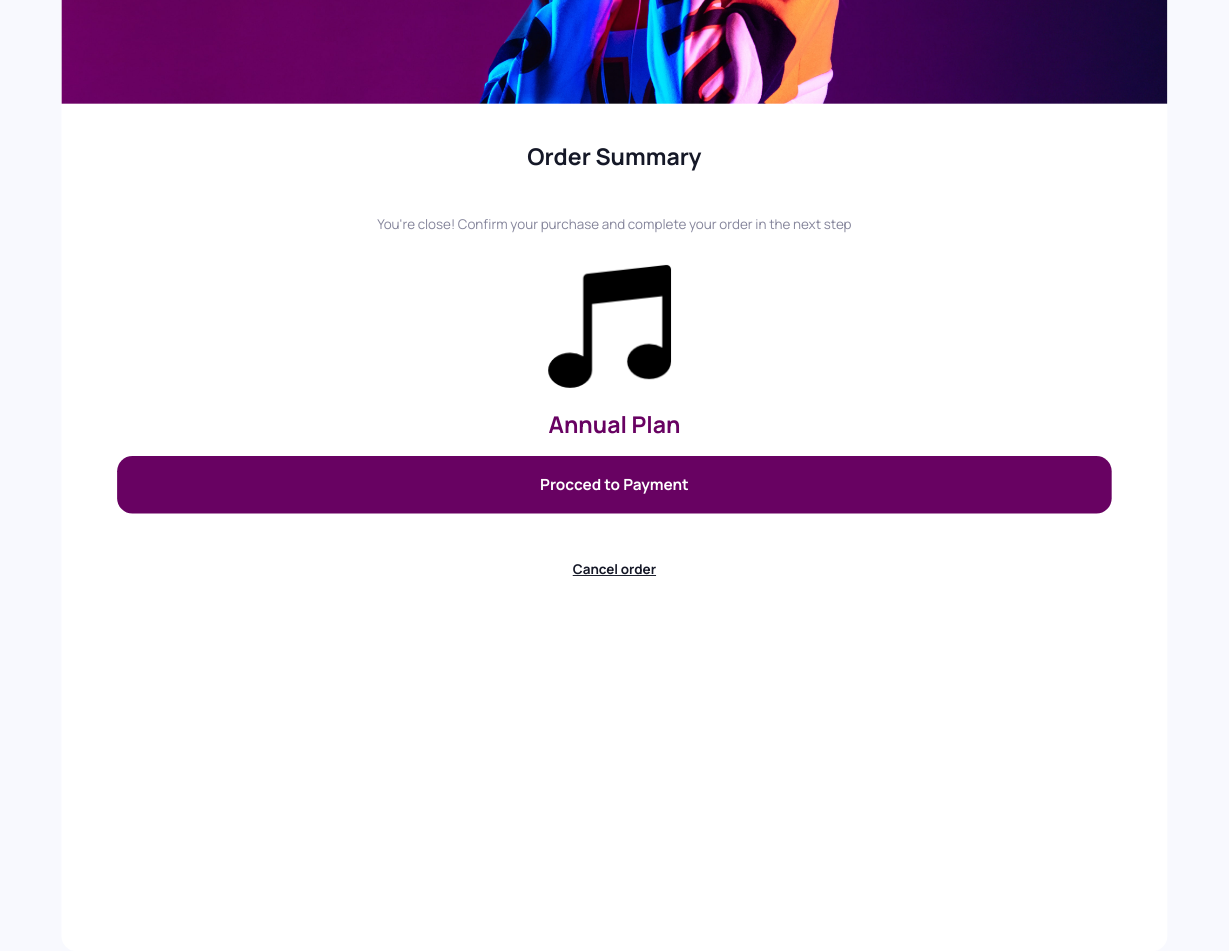
Repository: ssynowiec/INVO-Academy-solution
Page: /
These files come from the project's save history. The page is drawn as it stood at one moment and after the next save; the edit follows.
The browser window is 1280 px wide. The pictures show the whole page, at 96% of full size.
The project was rebuilt for these pictures with package versions that can differ from the ones it lists, and the page was loaded fresh each time.

Above is the page before, as saved 2023-02-16 09:52:19.

### index.html
<!DOCTYPE html>
<html lang="en">

<head>
  <meta charset="UTF-8" />
  <link rel="icon" type="image/svg+xml" href="/vite.svg" />
  <meta name="viewport" content="width=device-width, initial-scale=1.0" />
  <title>INVO Academy JS Starter with Vite</title>
</head>

<!-- In order to start your challenge, remove all the content inside <div id="home-page"></div> and start coding :) -->

<body>
  <div id="home-page" class="container">
    <section class="order">
      <img src="/images/girl.jpeg" alt="" class="order-image">
      <h1 class="order-title">Order Summary</h1>
      <p class="order-description">You're close! Confirm your purchase and complete your order in the next step</p>
      <div>
        <img src="/images/music.png" alt="" class="order-icon">
        <div>
          <h2>Annual Plan</h2>

        </div>
      </div>
      <button class="order-button">Procced to Payment</button>
      <a href="#" class="order-link">Cancel order</a>
    </section>
  </div>

  <script type="module" src="/src/global-scripts/main.js"></script>
  <script type="module" src="/src/pages/home-page/scripts/home-page.js"></script>
</body>

</html>

### src/pages/home-page/scripts/home-page.js
/// Homepage JavaScript File
/// Here we import all the JavaScript files we need for our homepage.

import '../styles/home-page.scss';

### src/global-styles/style.scss
/// Main Styles File
/// Here we import all the global Styles files we need for our project.

@import 'styles/normalize.scss';
@import 'styles/root.scss';
@import 'styles/fonts.scss';

body {
	font-family: 'Manrope', sans-serif;
	color: var(--color-primary);
	background-color: var(--color-background);
	display: flex;
	justify-content: center;
	align-items: center;
	height: 100vh;
}

p {
	color: var(--color-on-surface);
}

### src/pages/home-page/styles/home-page.scss
/// Homepage Styles File
/// Here we import all the Styles files we need for our Homepage.

.container {
	display: flex;
	justify-content: center;
}

.order {
	display: flex;
	flex-direction: column;
	justify-content: between;
	align-items: center;
	width: 90%;
	border-radius: 16px;
	overflow: hidden;
	background-color: var(--color-white);

	&-image {
		width: 100%;
		height: 30%;
		object-fit: cover;
	}

	&-title {
		font-weight: bold;
		padding-top: 25px;
		font-size: 24px;
		color: var(--color-title);
	}

	&-description {
		font-size: 14px;
		padding: 20px;
		color: var(--color-body);
		text-align: center;
	}

	&-button {
		width: 90%;
		height: 60px;
		padding: 10px;
		border-radius: 16px;
		font-weight: bold;
		font-size: 16px;
		line-height: 160%;
		letter-spacing: -1%;
		border: none;
		background-color: var(--color-primary);
		color: var(--color-white);
		cursor: pointer;

		&:hover {
			background-color: var(--color-primary-hover);
		}
	}

	&-link {
		letter-spacing: -1%;
		padding-top: 50px;
		font-size: 14px;
		font-weight: bold;
		color: var(--color-title);
	}
}

### src/global-styles/styles/root.scss
/// Root Styles file
/// Here we define all the root variables we need for our project.
/// For examples see Material Design color system: https://m2.material.io/design/color/the-color-system.html

:root {
	--color-primary: #680262;
	--color-primary-hover: #490245;
	--color-background: #f8f9fe;
	--color-title: #151827;
	--color-body: #85859b;
	--color-stroke: #cfd1dd;
	--color-white: #ffffff;
}

### src/global-styles/styles/fonts.scss
/// Main Fonts File
/// Here we import all the fonts files we need for our project.

@import url('https://fonts.googleapis.com/css2?family=Manrope:wght@200;300;400;500;600;700;800&display=swap');

Loaded but not shown: src/global-scripts/main.js (common file); src/global-styles/styles/normalize.scss (common file)

After the next save:
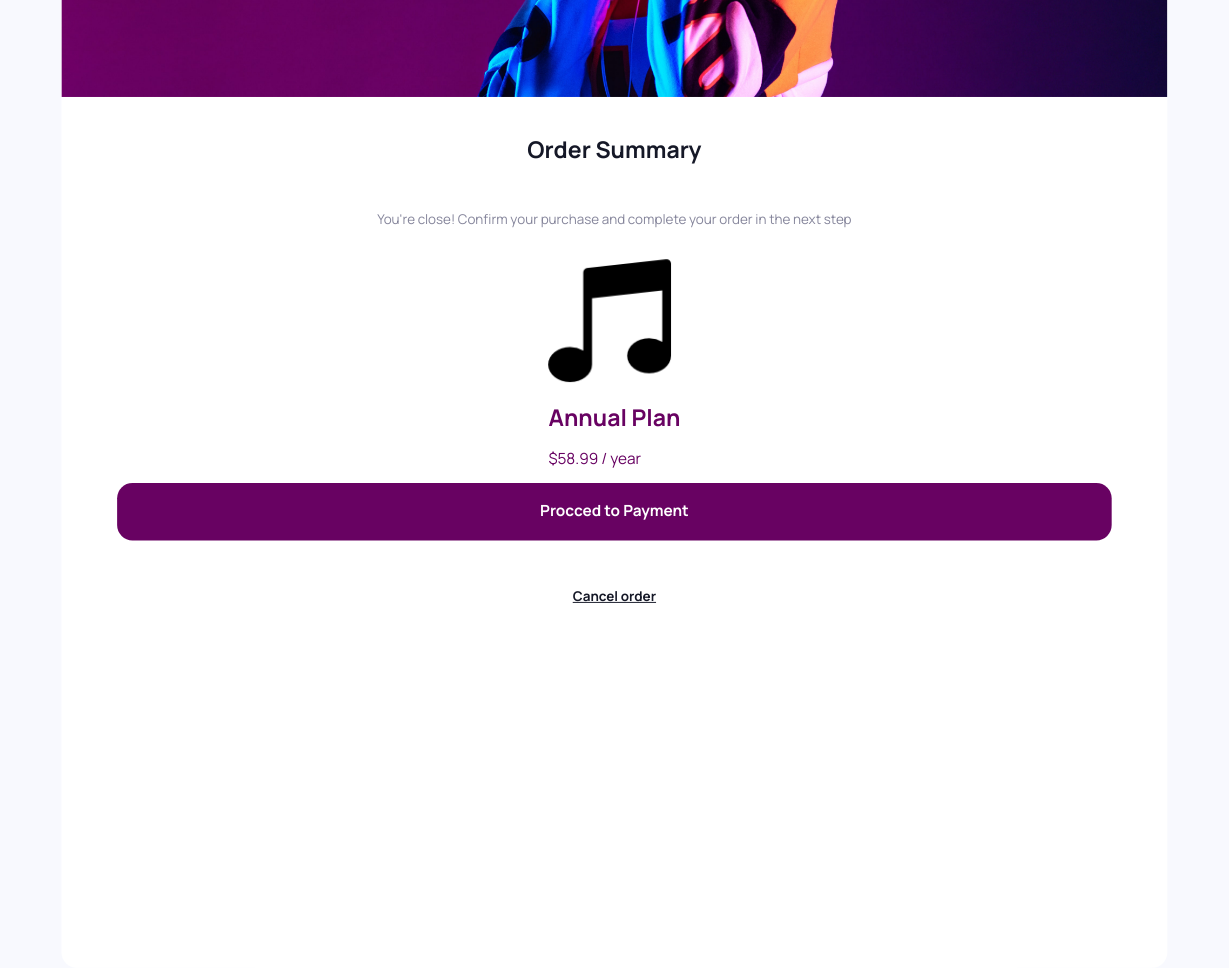
Saved 12 s later.
--- a/index.html
+++ b/index.html
@@ -20,7 +20,7 @@
         <img src="/images/music.png" alt="" class="order-icon">
         <div>
           <h2>Annual Plan</h2>
-
+          <p>$58.99 / year</p>
         </div>
       </div>
       <button class="order-button">Procced to Payment</button>
